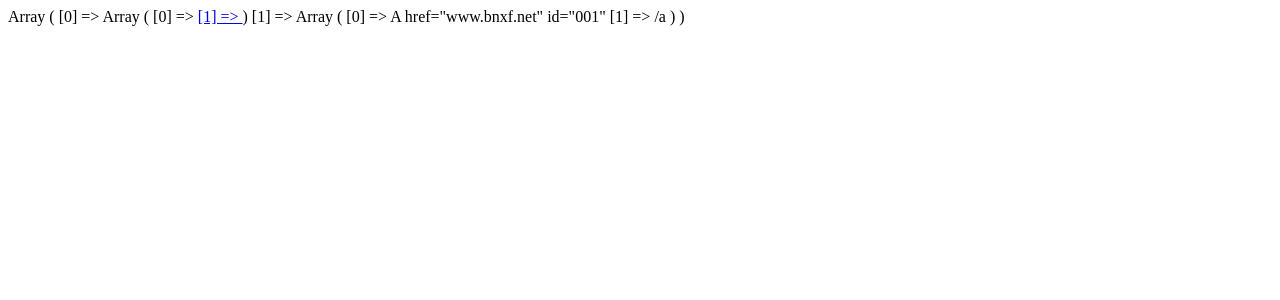
Repository: zhoushouzhan/qiye
Page: http://localhost/admin/c.php
The author's editor kept a copy of each file at every save. The page is drawn from the files as they stood at one save, then again after the next save.
The browser window is 1280 px wide. The pictures show the whole page.
The page is run by PHP 8.4 with error messages shown; the project is at /var/www/html/.

Above is the page before, as saved 2022-09-06 10:40:16.

### public/c.php
<?php
/*
 * @Author: 一品网络技术有限公司
 * @Date: 2022-06-29 19:56:16
 * @LastEditTime: 2022-09-06 10:40:06
 * @FilePath: \web\public\c.php
 * @Description:
 * 联系QQ:58055648
 * Copyright (c) 2022 by 东海县一品网络技术有限公司, All Rights Reserved.
 */




$str = '<A href="www.bnxf.net" id="001">测试</a>';

preg_match_all('/<(.*?)>/i', $str, $res);

print_r($res);

After the next save:
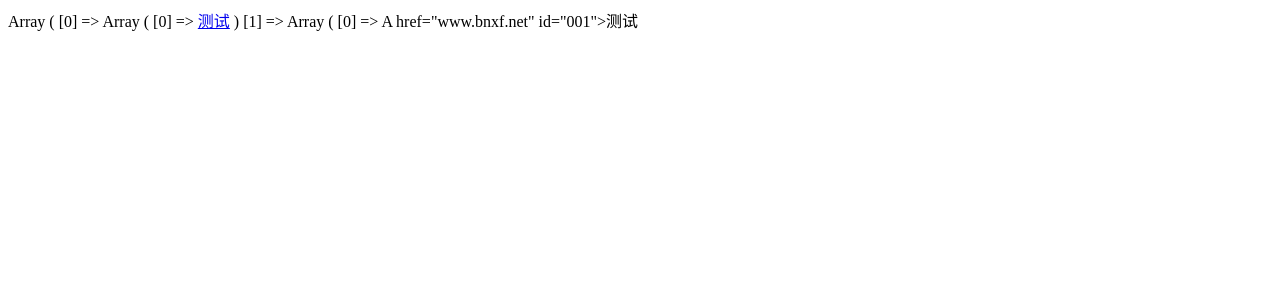
Saved 20 s later.
--- a/public/c.php
+++ b/public/c.php
@@ -14,6 +14,6 @@
 
 $str = '<A href="www.bnxf.net" id="001">测试</a>';
 
-preg_match_all('/<(.*?)>/i', $str, $res);
+preg_match_all('/<(.*?)>$/i', $str, $res);
 
 print_r($res);
